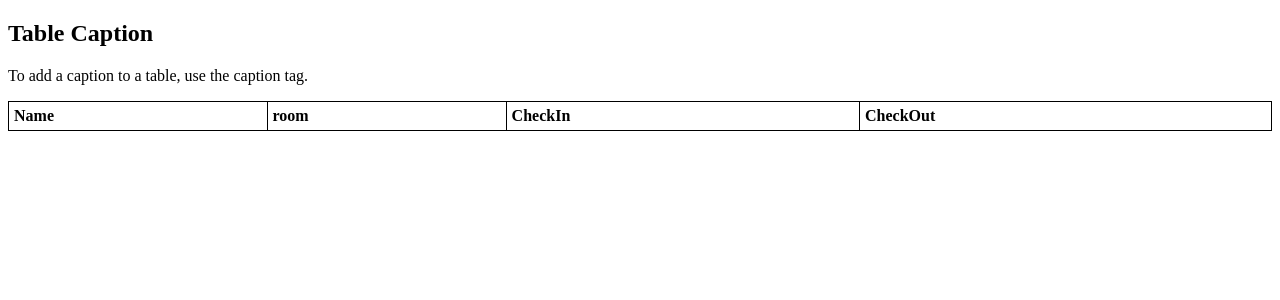
Repository: marianatudo/trabajo-final-progra-2
Page: templates/myReservations.html
An editor plug-in stored every save of this project. The page is shown before and after the next save, followed by the edit.
The browser window is 1280 px wide. The pictures show the whole page.

Above is the page before, as saved 2021-03-23 22:18:44.

After the next save:
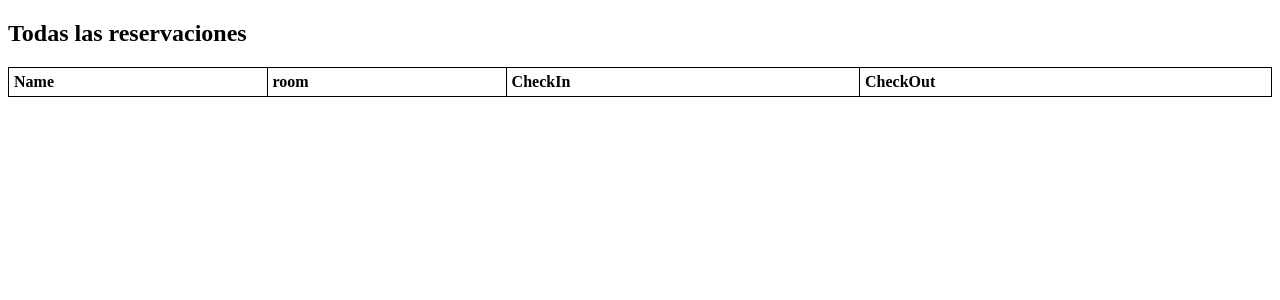
Saved 11 h 22 min later.
--- a/templates/myReservations.html
+++ b/templates/myReservations.html
@@ -20,8 +20,7 @@
 
 <body>
 
-    <h2>Table Caption</h2>
-    <p>To add a caption to a table, use the caption tag.</p>
+    <h2>Todas las reservaciones</h2>
 
     <table style="width:100%">
         <tr>
